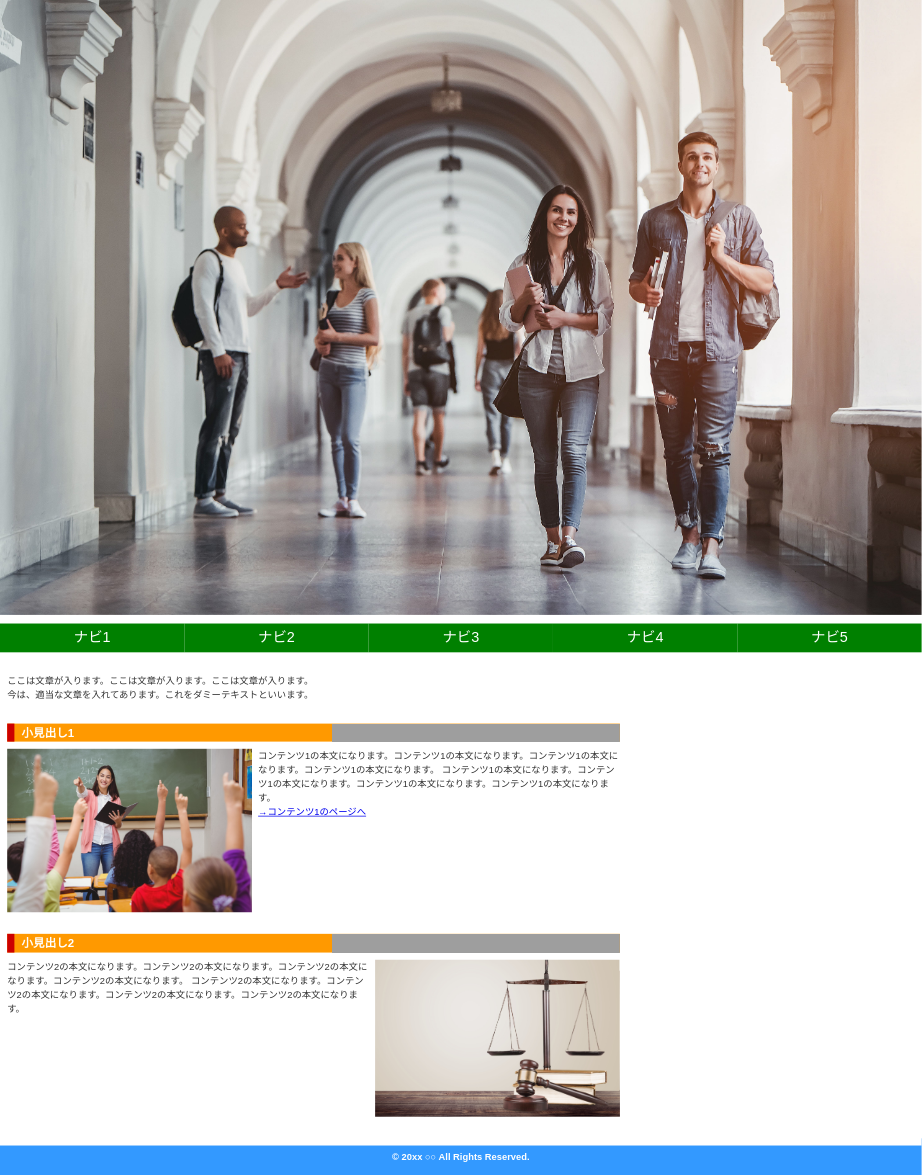
Repository: ryoji1228/samurai_HTML-CSS
Page: home.html
The author's editor kept a record of every edit. The page is drawn from the files as they stood at one moment, then again after the next edit.
The browser window is 1280 px wide. The pictures show the whole page, at 72% of full size.
Pictures or frames that could not be fetched are drawn as grey boxes.

Above is the page before.

### home.html
<!DOCTYPE html>
<html lang="ja">
<head>
    <meta charset="UTF-8">
    <title>HTML/CSSの学習</title>
    <link rel="stylesheet" href="stylesheet.css">
</head>
<body>
    <div id="header">
        <h1><a href="index.html"><img id="corridor" src="images/corridor.jpg" alt="大学の廊下" /></a></h1>
    </div>
    <div id="wrapper">
        <div id="nav">
            <ul>
              <li><a href="home.html">ナビ1</a></li>
              <li><a href="#">ナビ2</a></li>
              <li><a href="#">ナビ3</a></li>
              <li><a href="#">ナビ4</a></li>
              <li><a href="#">ナビ5</a></li>
            </ul>
        </div>
        <div id="container">
            <div id="main">
                <div class="post">
                    <p>ここは文章が入ります。ここは文章が入ります。ここは文章が入ります。<br />今は、適当な文章を入れてあります。これをダミーテキストといいます。</p>
                </div>
                <div class="post clearfix">
                    <h2>小見出し1</h2>
                    <img  class="left" src="images/classroom.jpg" alt="授業風景" />
                    <p>
                           コンテンツ1の本文になります。コンテンツ1の本文になります。コンテンツ1の本文になります。コンテンツ1の本文になります。
                           コンテンツ1の本文になります。コンテンツ1の本文になります。コンテンツ1の本文になります。コンテンツ1の本文になります。
                    </p>
                    <p><a href="#">→コンテンツ1のページへ</a></p>
                </div>
                <div class="post clearfix">
                    <h2>小見出し2</h2>
                    <img class="right" src="images/scale.jpg" alt="天秤" />
                    <p>
                        コンテンツ2の本文になります。コンテンツ2の本文になります。コンテンツ2の本文になります。コンテンツ2の本文になります。
                        コンテンツ2の本文になります。コンテンツ2の本文になります。コンテンツ2の本文になります。コンテンツ2の本文になります。
                    </p>
                </div>
            </div>
        </div>
        <div class="side">
            <div class="box">

            </div>
            <div class="box">

            </div>
        </div>
    </div>
    <div id="footer">
        <p>&copy; 20xx ○○ All Rights Reserved.</p>
    </div>
</body>
</html>

### stylesheet.css
@charset "utf-8";

body {
	margin: 0;
	padding: 0;
	font-family: "ヒラギノ角ゴ Pro W3", "Hiragino Kaku Gothic Pro", "メイリオ", Meiryo, Osaka, "ＭＳ Ｐゴシック", "MS PGothic", sans-serif;
	color: #333;
	font-size: 13px;
	line-height: 150%;
}

/* -------------------- wrapper -------------------- */
#wrapper {
	width: 100%;
	margin: auto;
	padding: 0px;
	border: 0px;
	background-color: #FFF;
	top: 10px;
	position: relative;
}

/* -------------------- header -------------------- */
#header {
	width: 100%;
}
#header h1 {
	margin: 0;
	padding: 0;
}

#corridor {
	width: 100%;
	height: auto;
}

/* -------------------- footer -------------------- */
#footer {
	clear: both;
	width: 100%;
	padding: 3px 0 3px 0;
	background: #39F;
	color: #FFF;
	font-weight: bold;
	text-align: center;
}

/* -------------------- nav -------------------- */
#nav {
	width: 100%;
}
#nav ul {
	display: flex;
	margin: 0;
	padding: 0;
	list-style-type: none;
}
#nav ul li {
	width: 20%;
	text-align: center;
}
#nav ul li a {
	display: block;
	height: 20px;
	margin: 0;
	padding: 10px;
	color: #FFF;
	font-size: 20px;
	text-decoration: none;
	background-color: green;
}

#nav ul li a:hover {
	filter: drop-shadow(10px 10px 10px black);
}

/* -------------------- container -------------------- */
#container {
	width: 100%;
	margin: auto ;
	padding: auto;
	padding-top: 20px;
	clear: both;
	display: grid;
	grid-template-columns: 70vw 30vw;
}
/* -------------------- main -------------------- */
#main {
	width: 95%;
	padding: 10px 30px 10px 10px;
}
#main h2 {
	margin: 0 0 10px 0;
	padding: 3px 10px 3px 10px;
	color: #FFF;
	font-size: 16px;
	border-left: solid 10px #C00;
	background: #F90 url(../images/main_h2.jpg) right top repeat-y;
}
#main p {
	margin: 0;
	padding: 0;
}
#main .post {
	margin: 0 0 30px 0;
}

#main .post img.right {
	margin: 0 0 0 8px;
}
#main .post img.left {
	margin: 0 8px 0 0;
}

.right {
	float: right;
	width: 40%;
	height: auto;
}
.left {
	float: left;
	width: 40%;
	height: auto;
}

/* -------------------- clearfix -------------------- */
.clearfix {
	zoom: 1;
}
.clearfix:after{
	content: "";
	display: block;
	clear: both;
}

/* -------------------- side -------------------- */
#side {
	width: 85%;
	padding: 20px;
	background-color: #F99;
}
#side .box {
	margin: 0 auto 30px auto;
	padding: 0 0 20px 0;
	background: url(images/side_box.png) bottom no-repeat;
}
#side .box h2 {
	margin: 0;
	padding: 8px;
	text-align: center;
	color: #fff;
	font-size: 16px;
	line-height: 16px;
	font-weight: normal;
	background: url(images/side_box_h2.png) center no-repeat;
}
#side .box .boxBody {
	padding: 8px;
	border-right: solid 1px #C36;
	border-bottom: solid 1px #C36;
	border-left: solid 1px #C36;
	background: #fff;
}
#side .box .boxBody ul {
	margin: 0 0 16px 0;
	padding: 0;
}
#side .box .boxBody ul li {
	padding: 8px 0 8px 4px;
	list-style: none;
	border-bottom: solid 1px #C36;
}

#side .box .boxBody ul li:hover {
	padding: 8px 0 8px 4px;
	list-style: none;
	border-bottom: solid 1px #C36;
	box-shadow: 0px 4px 4px rgba(0, 0, 0, 0.3);
}

After the next edit:
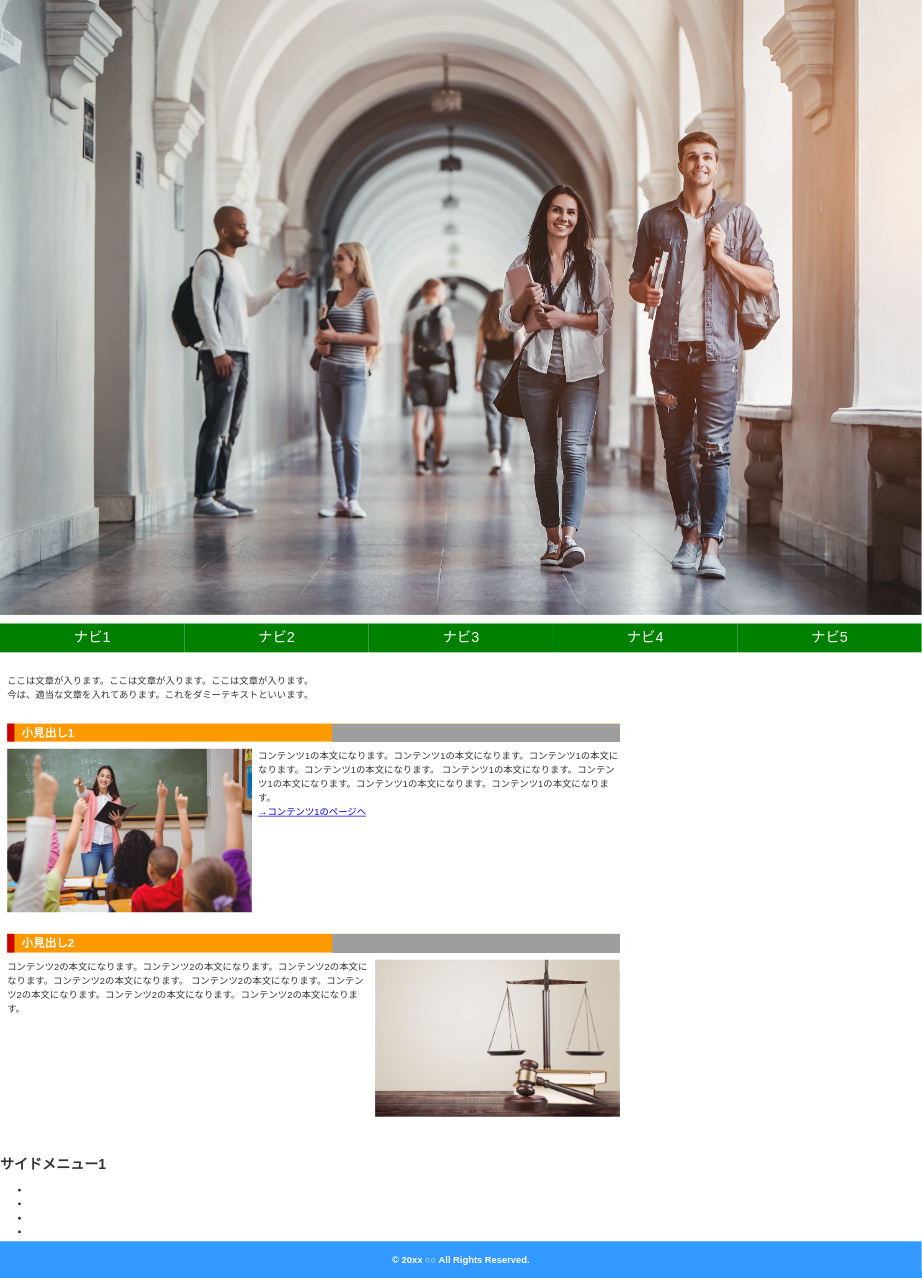
The edit:
--- a/home.html
+++ b/home.html
@@ -45,7 +45,15 @@
         </div>
         <div class="side">
             <div class="box">
-
+                <h2>サイドメニュー1</h2>
+                <div class="boxBody">
+                    <ul>
+                        <li></li>
+                        <li></li>
+                        <li></li>
+                        <li></li>
+                    </ul>
+                </div>
             </div>
             <div class="box">
 
